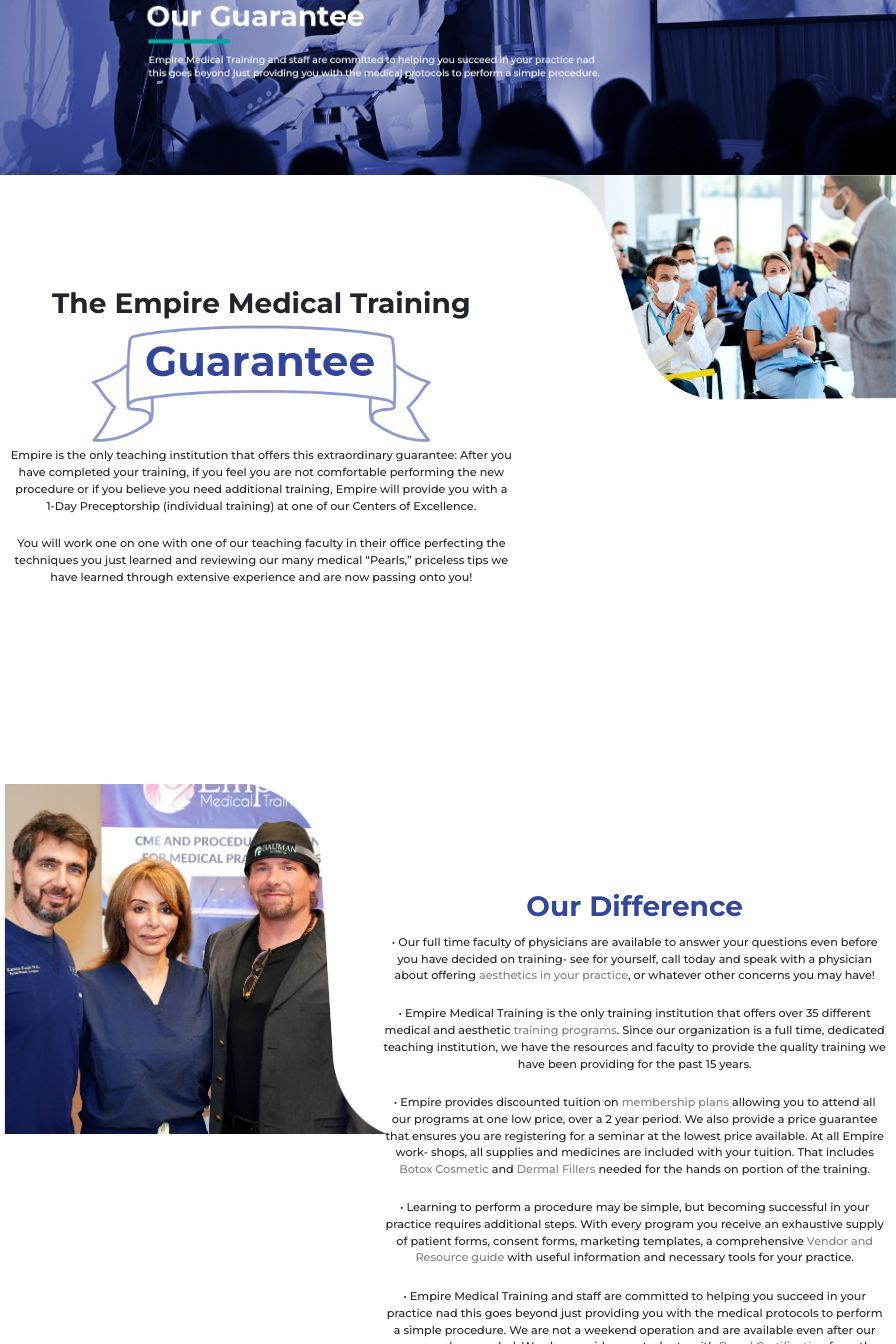
Repository: jorgi710/BODY-CONTOURING-INJECTABLES-AND-ADJUNCT-PROCEDURES
Page: our quarantee/file/src/index.html
The author's editor kept a copy of each file at every save. The page is drawn from the files as they stood at one save, then again after the next save.
The browser window is 1280 px wide. The pictures show the part of the page from y = 310 to 2230 px (the page is 7111 px tall before and 8360 px after), at 70% of full size.

Above is the page before, as saved 2021-04-06 08:16:12.

### our quarantee/file/src/index.html
<!DOCTYPE html>
<html lang="en">
  <head>
    <meta charset="UTF-8" />
    <meta http-equiv="X-UA-Compatible" content="IE=edge" />
    <meta name="viewport" content="width=device-width, initial-scale=1.0" />
    <title>Page_3</title>

    <link
      href="https://cdn.jsdelivr.net/npm/bootstrap@5.0.0-beta3/dist/css/bootstrap.min.css"
      rel="stylesheet"
      integrity="sha384-eOJMYsd53ii+scO/bJGFsiCZc+5NDVN2yr8+0RDqr0Ql0h+rP48ckxlpbzKgwra6"
      crossorigin="anonymous"
    />
    <link
      href="https://fonts.googleapis.com/css2?family=Montserrat:wght@400;500;600;700&display=swap"
      rel="stylesheet"
    />
    <link rel="stylesheet" href="../css/style.css" />
  </head>
  <body>
    <header>
      <div class="container-fluid m-0 p-0">
        <img
          src="../assets/header.jpg"
          alt="navbar"
          class="img-fluid m-0 p-0"
        />
      </div>
    </header>
    <main>
      <section class="section_1">
        <div class="container-fluid text-center">
          <div class="row">
            <div class="col-sm-12 col-md-7">
              <div class="content_section_1">
                <h1 class="bold">The Empire Medical Training</h1>
                <img
                  src="../assets/logo_main.jpg"
                  alt="logo"
                  class="img-fluid"
                />
                <p class="medium">
                  Empire is the only teaching institution that offers this
                  extraordinary guarantee: After you have completed your
                  training, if you feel you are not comfortable performing the
                  new procedure or if you believe you need additional training,
                  Empire will provide you with a 1-Day Preceptorship (individual
                  training) at one of our Centers of Excellence.
                </p>
                <p class="medium">
                  You will work one on one with one of our teaching faculty in
                  their office perfecting the techniques you just learned and
                  reviewing our many medical “Pearls,” priceless tips we have
                  learned through extensive experience and are now passing onto
                  you!
                </p>
              </div>
            </div>
            <div class="col-md-5 justify-content-end p-0">
              <img
                src="../assets/section_1_1_web.jpg"
                alt=""
                class="d-none d-md-block img-fluid"
              />
              <img
                src="../assets/section_1_1_mobil.jpg"
                alt=""
                class="d-md-none img-fluid"
              />
            </div>
          </div>
          <div class="row">
            <div class="col-sm-12 col-md-5">
              <img
                src="../assets/section_1_2_web.jpg"
                alt="Our difference"
                class="d-none d-md-block"
              />
              <img
                src="../assets/section_1_2_mobil.jpg"
                alt=""
                class="d-md-none"
              />
            </div>
            <div class="col-md-7">
              <h1 class="bold azul">Our Difference</h1>
              <p class="medium">
                • Our full time faculty of physicians are available to answer
                your questions even before you have decided on training- see for
                yourself, call today and speak with a physician about offering
                <span class="claro">aesthetics in your practice</span>, or
                whatever other concerns you may have!
              </p>
              <p class="medium">
                • Empire Medical Training is the only training institution that
                offers over 35 different medical and aesthetic
                <span class="claro">training programs</span>. Since our
                organization is a full time, dedicated teaching institution, we
                have the resources and faculty to provide the quality training
                we have been providing for the past 15 years.
              </p>
              <p class="medium">
                • Empire provides discounted tuition on
                <span class="claro">membership plans</span>
                allowing you to attend all our programs at one low price, over a
                2 year period. We also provide a price guarantee that ensures
                you are registering for a seminar at the lowest price available.
                At all Empire work- shops, all supplies and medicines are
                included with your tuition. That includes
                <span class="claro">Botox Cosmetic</span> and
                <span class="claro">Dermal Fillers</span> needed for the hands
                on portion of the training.
              </p>
              <p class="medium">
                • Learning to perform a procedure may be simple, but becoming
                successful in your practice requires additional steps. With
                every program you receive an exhaustive supply of patient forms,
                consent forms, marketing templates, a comprehensive
                <span class="claro">Vendor and Resource guide</span> with useful
                information and necessary tools for your practice.
              </p>
              <p class="medium">
                • Empire Medical Training and staff are committed to helping you
                succeed in your practice nad this goes beyond just providing you
                with the medical protocols to perform a simple procedure. We are
                not a weekend operation and are available even after our
                programs have ended. We also provide our students with
                <span class="claro"> Board Certification</span> from the AAOPM
                for succesful coursework completion.
              </p>
            </div>
          </div>
        </div>
      </section>
      <section class="section_2">
        <div class="container-fluid">
          <img src="../assets/section_2.jpg" alt="Meet Our Trusted Faculty" />

          <div class="content">
            <h1>Meet Our Trusted Faculty</h1>
            <p>
              Empire Medical Training celebrates 15 years of success in training
              physicians and health care professionals. We believe our success
              is due, in part, to the extra things our organization and faculty
              provide for you.
            </p>
            <button class="btn btn-danger"><h3>Meet Faculty</h3></button>
          </div>
        </div>
      </section>
      <section class="section_3">
        <div>
          <h1 class="negro bold">
            <span class="azul">Background &</span> Achievements
          </h1>
          <p class="medium">
            Now a little about Empire Medical Training’s background and
            achievements: Why Empire is committed to excellence:
          </p>
          <p class="medium">
            Empire Medical Training celebrates our 22nd year of training and we
            remain the #1 medical training and certification CME Medical and
            Aesthetic workshops offered each year, Empire has trained over
            125,000 Physicians, Dentists, Nurses, and other Health Care
            Professionals. With countless
            <span class="claro">testimonials</span> from satisfied attendees, we
            stand behind our programs and provide a complete satisfaction
            guarantee. source worldwide.
          </p>
          <p class="medium">
            Empire has acquired a distinguished reputation in education and
            serves as a training facility for Allergan (Botox, Juvederm) and
            Medicis (Restylane), along with many of the largest Aesthetic Laser
            Manufacturers. In addition, Empire is proud to have been chosen by
            the Florida Dental Association (FDA) to train their member Dentists
            in Botox Cosmetic and other Aesthetic Procedures.
          </p>
          <p class="medium">
            At Empire, we believe our success is dependent on you receiving
            quality training and instruction. Empire Medical Training is a
            nationally recognized CME Training Institution for Physicians,
            Dentists, Nurses and other Health Care Professionals.
          </p>
        </div>
        <div class="row">
          <div class="col-sm-12 col-md-6">
            <p class="medium">
              In addition to training at resort hotels, Empire has pioneered the
              first <span class="claro">premier Medical Spa</span> in Fort
              Lauderdale, Florida where physicians can enjoy training on actual
              patients and receive classroom didactic presentations. This
              facility has been designed specifically for training purposes
              utilizing state of the art aesthetic lasers and medical spa
              equipment along with modern classroom facilities and training
              aids. All courses are conducted by Physicians and other
              Specialists in Aesthetics, Pain Management, Surgery, and Medicine.
              Not by less qualified Instructors.
            </p>
            <p class="medium">
              Empire has achieved an outstanding reputation through a
              distinguished faculty of Physician specialists. Your training will
              be conducted by Physicians and other Specialists in Aesthetics,
              Pain Management, Surgery, and Medicine. We believe it is important
              for attendees to be exposed to a faculty of instructors for a more
              complete understanding of the topic, rather than just 1 part time
              physician or nurse instructor like many training companies do.
              Beware of start up seminar companies who employ less qualified
              personnel for your training, or local doctors’ offices with
              impressive web sites looking to supplement their income by
              offering inferior or incomplete training as a side job.
            </p>
          </div>
          <div class="col-sm-12 col-md-6">
            <img
              src="../assets/section_3_web.jpg"
              alt="background achievements"
              class="d-none d-md-block"
            />
            <img
              src="../assets/section_3_mobil.jpg"
              alt="background achievements"
              class="d-md-none"
            />
          </div>
        </div>
      </section>
      <section class="section_4">
        <img src="../assets/section_4.jpg" alt="aesthetics starter kit" />
      </section>
      <section class="section_5">
        <div class="row">
          <div class="col-sm-12 col-md-6">
            <img
              src="../assets/section_5_web.jpg"
              alt="empire"
              class="d-none d-md-block"
            />
            <img
              src="../assets/section_5_mobile.jpg"
              alt="empire"
              class="d-md-none"
            />
          </div>
          <div class="col-md-6">
            <h1 class="bold">
              The Programs at Empire are Actually
              <span class="azul">Hands On</span>
            </h1>
            <p class="medium">
              Many seminar companies claim you will receive hands on training
              but they can not, or, are not qualified to provide this
              experience. During our Aesthetic Programs, Empire attendees will
              inject live patients with real, authentic products – not saline)
              and perform other procedures depending on the topic. During other
              esthetic training and our medical procedures’ training, attendees
              will work on
              <span class="claro">Cadavers from the Medical School</span>
              University lab along with volunteer patients and models.
            </p>
            <p class="medium">
              Empire works with a variety of the largest medical equipment
              manufacturers to help provide the training which requires
              equipment usage, i.e. Aesthetic Lasers and Supplies, Ultrasound, X
              Ray, etc. This variety is essential for attendees to gain a
              complete understanding of the technologies available rather than
              just a limited exposure. You will never see only 1 or 2 laser
              manufacturers at our programs. Beware of training institutions who
              have arrangements with only 1 or 2 vendors.
            </p>
          </div>
        </div>
        <p class="medium">
          Deciding on where you receive you training is an important decision
          and should be made carefully. Make sure your instructors are Physician
          Specialists in their field, i.e. Plastic Surgery and are part of a
          faculty of the institution. Simply reading some instructions is not
          enough, quality instruction means going beyond the technical details
          and into the <span class="claro">“pearls”</span> that make your
          patients happy and give you the reputation you want. Beware of less
          qualified personnel. Be sure the training institution is dedicated to
          training and not a part time doctors office/ seminar company. Make
          sure the programs are fully accredited by a medical academy and not
          “co sponsored” by another institution. Most importantly, beware of
          unrealistic promises and look for training that can and will provide
          Hands- On experience. There is no other effective way to learn
          procedural skills. Empire Medical Training is dedicated to your
          success and we encourage you to ask questions with whomever you decide
          to be trained by.
        </p>
      </section>
    </main>
    <footer>
      <img src="../assets/footer.jpg" alt="footer" class="img-fluid" />
    </footer>
  </body>
</html>

### our quarantee/file/css/style.css
@import url("https://fonts.googleapis.com/css2?family=Montserrat:wght@400;500;600;700&display=swap");
* {
  box-sizing: border-box;
  font-family: var(--fuente);
}
header,
section {
  overflow-x: hidden;
}
:root {
  --fuente: "Montserrat", cursive;
  --azul: #31469d;
  --clarito: #808080;
  --negro: #000000;
  --regular: 400;
  --medium: 500;
  --semi_bold: 600;
  --bold: 700;
}
.regular {
  font-weight: 400;
}
.medium {
  font-weight: 500;
}
.semi {
  font-weight: 600;
}
.bold {
  font-weight: 700;
}
.azul {
  color: #31469d;
}
.claro {
  color: #808080;
}
.negro {
  color: #000000;
}
.section_1 .row .col-md-7 {
  padding: 22vmin 1vmin;
  padding-bottom: 35vmin;
}

.section_1 .row .col-md-5 {
  font-size: small;
}
.section_1 .col-md-5 h1 {
  font-size: medium;
}
.section_1 .col-md-5 {
  font-size: 1vmin;
  padding: 1vmin 1vmin;
}
.section_1 .row .col-md-5 img {
  width: 80vh;
}
.section_1 .row .col-md-7 p {
  padding: 1vmin 1vmin;
}

After the next save:
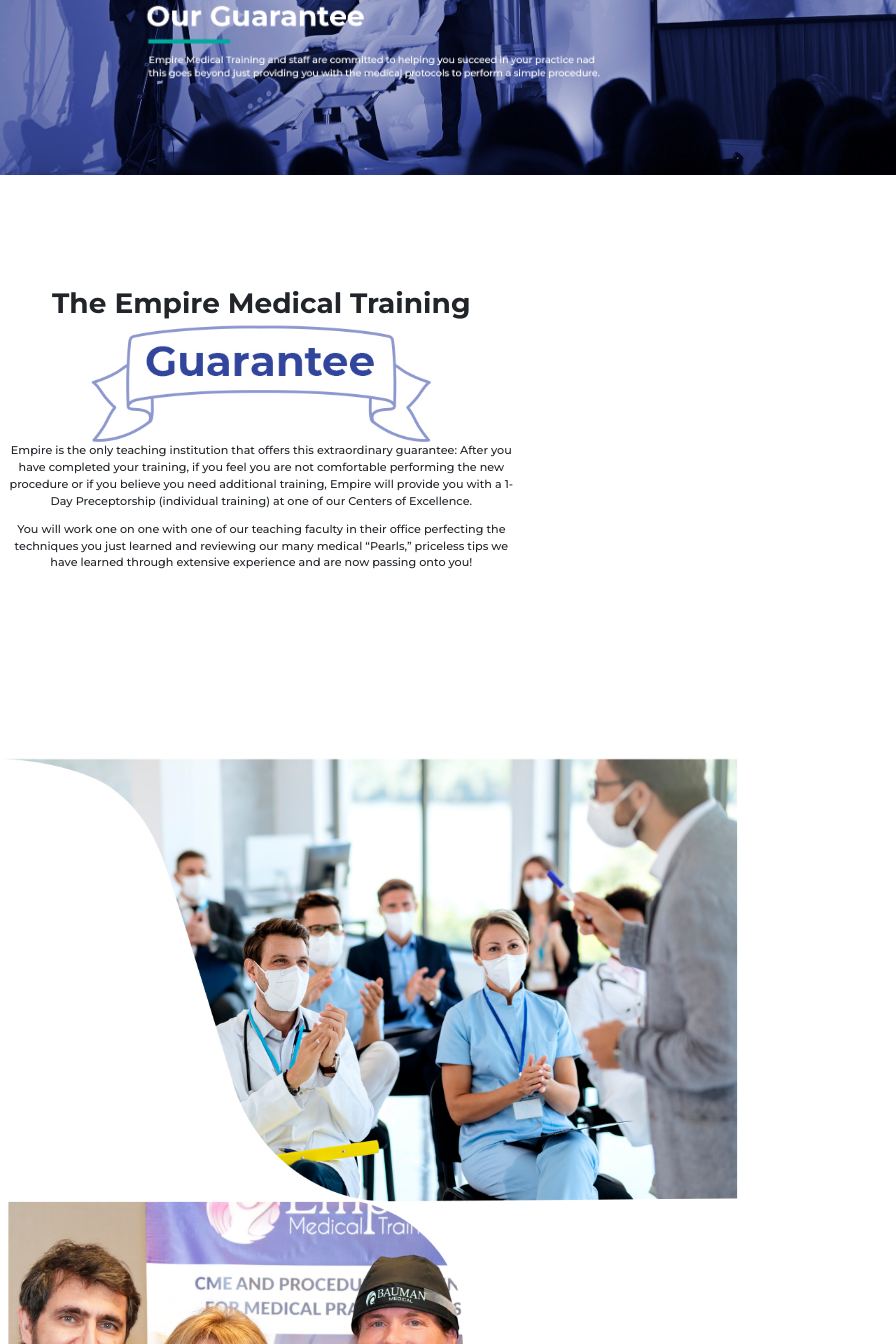
Saved 41 s later.
--- a/our quarantee/file/css/style.css
+++ b/our quarantee/file/css/style.css
@@ -42,20 +42,6 @@
   padding: 22vmin 1vmin;
   padding-bottom: 35vmin;
 }
-
 .section_1 .row .col-md-5 {
-  font-size: small;
+  width: 90%;
 }
-.section_1 .col-md-5 h1 {
-  font-size: medium;
-}
-.section_1 .col-md-5 {
-  font-size: 1vmin;
-  padding: 1vmin 1vmin;
-}
-.section_1 .row .col-md-5 img {
-  width: 80vh;
-}
-.section_1 .row .col-md-7 p {
-  padding: 1vmin 1vmin;
-}
